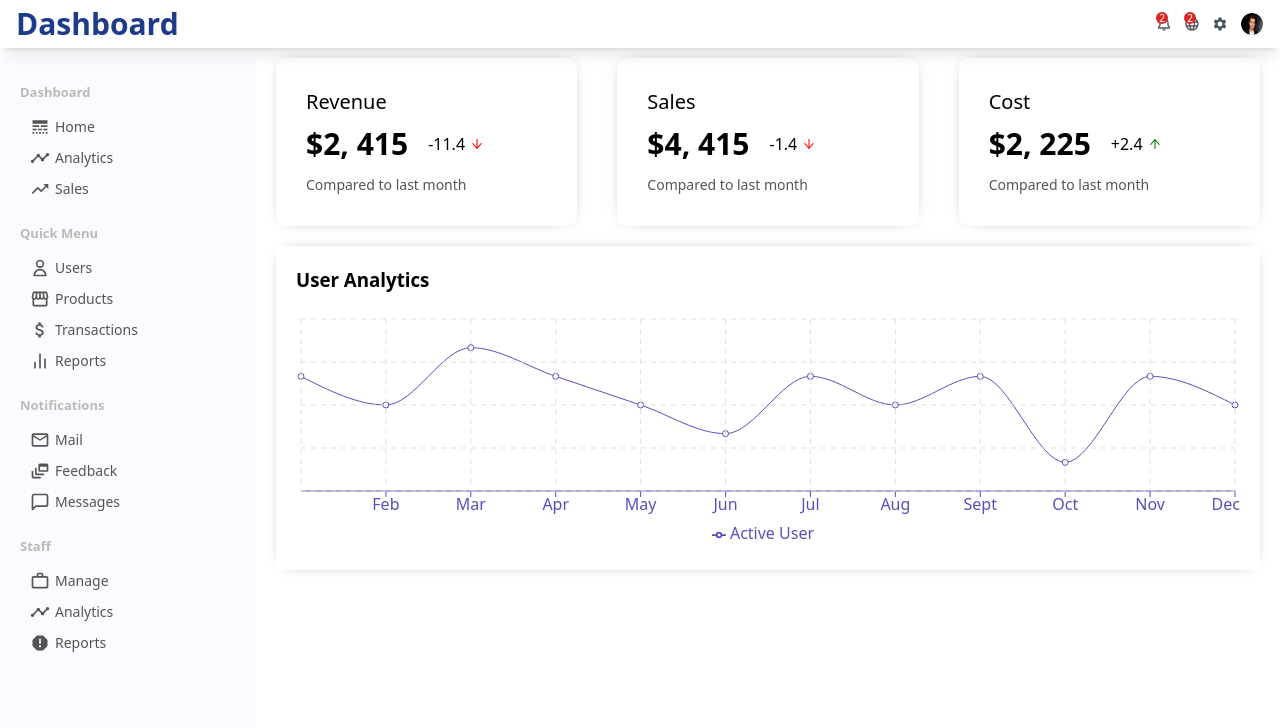
Repository: nation430/React-AdminDashboard
Page: /
These files come from the project's save history. The page is drawn as it stood at one moment and after a run of saves; the edit follows.
The browser window is 1280 px wide. The pictures show the whole page.
The project was rebuilt for these pictures with package versions that can differ from the ones it lists, and the page was loaded fresh each time.

Above is the page before, as saved 2022-08-18 16:18:13.

After the next 3 saves:
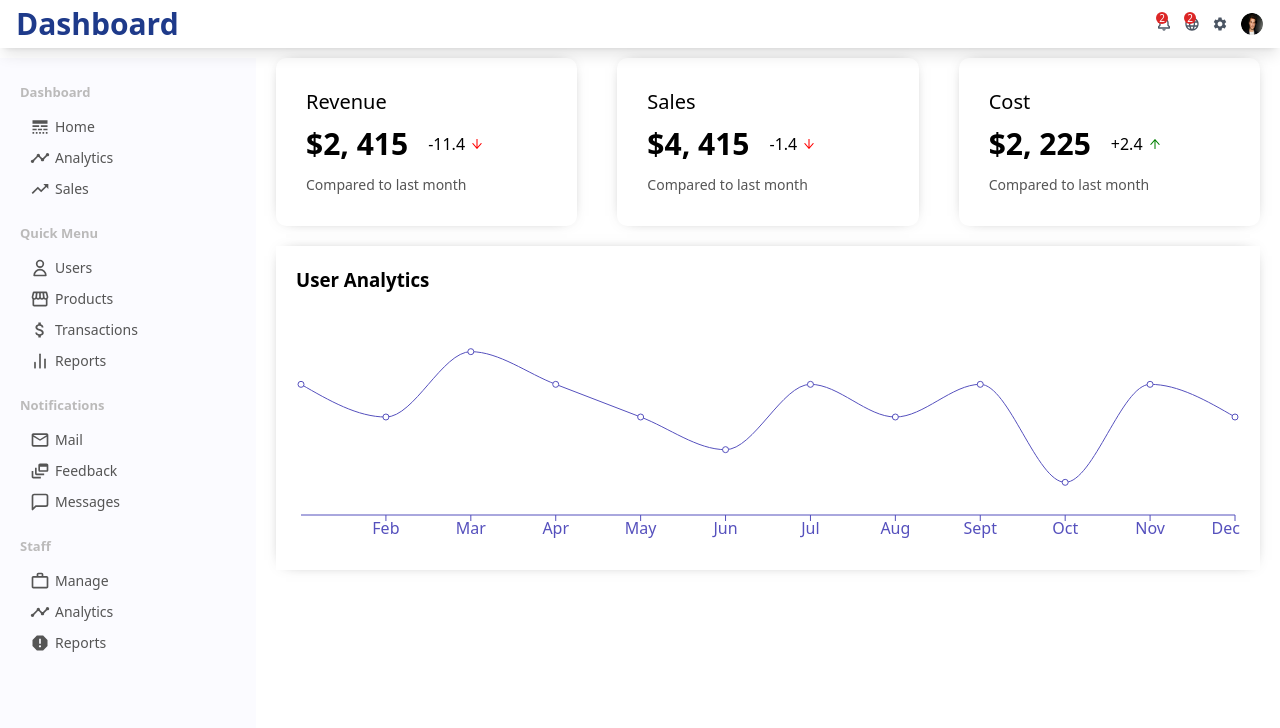
The 3 saves are shown as one change because 2 did not build or start.
The last was saved 6 min 22 s later.
--- a/src/chart/Chart.jsx
+++ b/src/chart/Chart.jsx
@@ -1,7 +1,7 @@
 import "./chart.css"
-import { LineChart, Line, XAxis, YAxis, CartesianGrid, Tooltip, Legend, ResponsiveContainer } from 'recharts';
+import { LineChart, Line, XAxis, CartesianGrid, Tooltip, ResponsiveContainer } from 'recharts';
 
-export default function Chart(){
+export default function Chart({title, dataKey, grid}){
 
     const data = [
         {
@@ -65,8 +65,7 @@ export default function Chart(){
           <XAxis dataKey="name" stroke="#5550bd" />
           <Line type="monotone" dataKey="Active User" stroke="#5550bd" />
           <Tooltip />
-          <CartesianGrid strokeDasharray="5 5" stroke="#e0dfdf" />
-          <Legend/>
+     {  grid && <CartesianGrid strokeDasharray="5 5" stroke="#e0dfdf" />}
         </LineChart>
       </ResponsiveContainer>
         </div>
